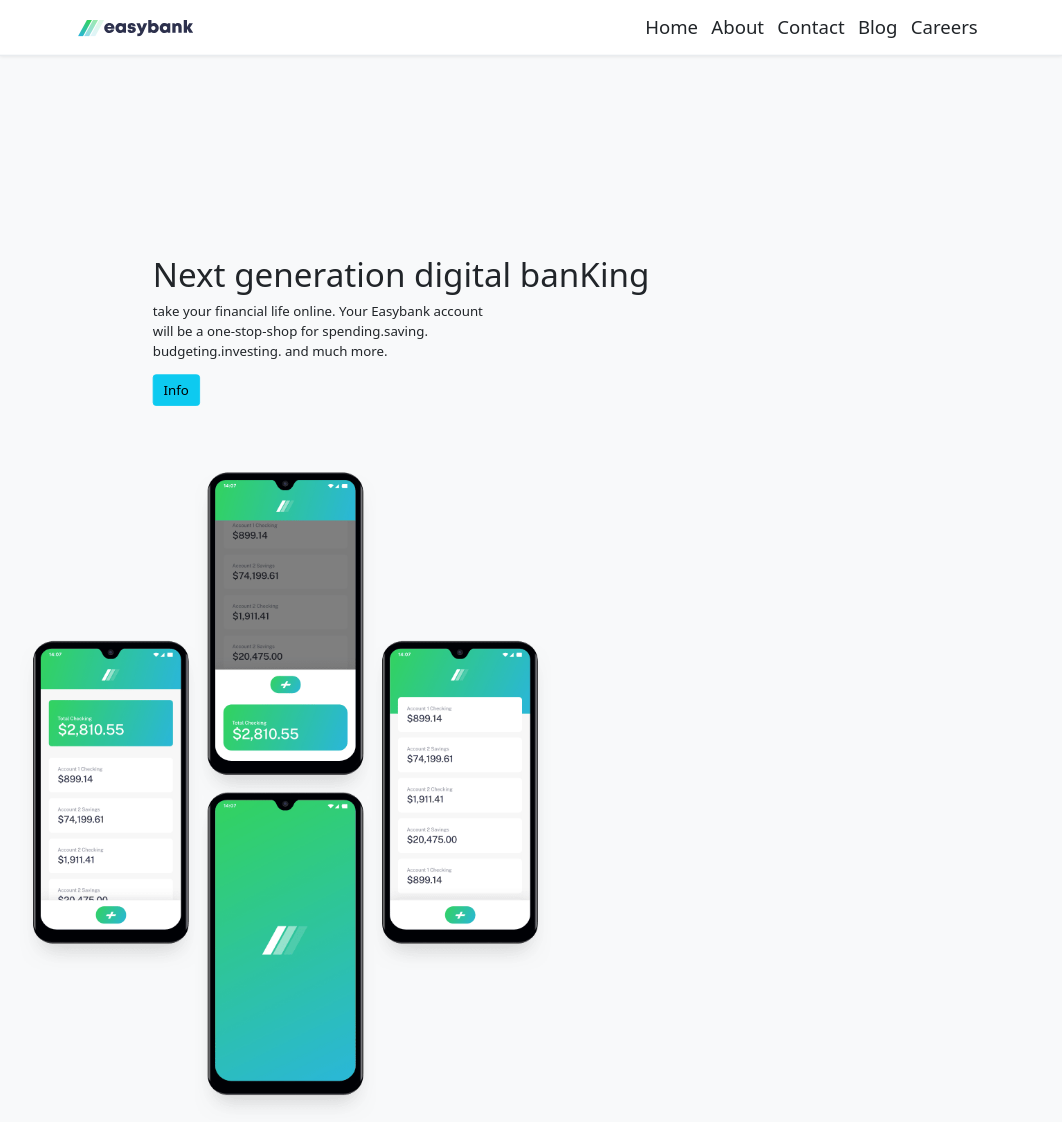
Repository: devbastos/easy-Bank
Page: / (app in frontend/)
These files come from the project's save history. The page is drawn as it stood at one moment and after a run of saves; the edit follows.
The browser window is 1280 px wide. The pictures show the whole page, at 83% of full size.
Some web libraries are served in a nearby version. The project was rebuilt for these pictures with package versions that can differ from the ones it lists, and the page was loaded fresh each time.

Above is the page before, as saved 2022-02-03 18:46:22.

### frontend/src/index.html
<!doctype html>
<html lang="en">
<head>
  <meta charset="utf-8">
  <title>Frontend</title>
  <base href="/">
  <meta name="viewport" content="width=device-width, initial-scale=1">
  <link rel="icon" type="image/x-icon" href="favicon.ico">
  <link rel="stylesheet" href="../node_modules/bootstrap/dist/css/bootstrap.css">
  <link rel="stylesheet" href="../node_modules/bootstrap-icons/font/bootstrap-icons.css">
  <!-- CSS only -->
<link href="https://cdn.jsdelivr.net/npm/bootstrap@5.1.3/dist/css/bootstrap.min.css" rel="stylesheet" integrity="sha384-1BmE4kWBq78iYhFldvKuhfTAU6auU8tT94WrHftjDbrCEXSU1oBoqyl2QvZ6jIW3" crossorigin="anonymous">
</head>
<body>
  <app-root></app-root>

  <script src="/node_modules/bootstrap/dist/js/bootstrap.bundle.js" crossorigin="anonymous"></script>
  <!-- JavaScript Bundle with Popper -->
<script src="https://cdn.jsdelivr.net/npm/bootstrap@5.1.3/dist/js/bootstrap.bundle.min.js" integrity="sha384-ka7Sk0Gln4gmtz2MlQnikT1wXgYsOg+OMhuP+IlRH9sENBO0LRn5q+8nbTov4+1p" crossorigin="anonymous"></script>
  <!-- JavaScript Bundle with Popper -->
<script src="https://cdn.jsdelivr.net/npm/bootstrap@5.1.3/dist/js/bootstrap.bundle.min.js" integrity="sha384-ka7Sk0Gln4gmtz2MlQnikT1wXgYsOg+OMhuP+IlRH9sENBO0LRn5q+8nbTov4+1p" crossorigin="anonymous"></script>
</body>
</html>

### frontend/src/app/app.module.ts
import { NgModule } from '@angular/core';
import { BrowserModule } from '@angular/platform-browser';

import { AppRoutingModule } from './app-routing.module';
import { AppComponent } from './app.component';
import { NavbarComponent } from './template/navbar/navbar.component';
import { BrowserAnimationsModule } from '@angular/platform-browser/animations';
import { HeaderComponent } from './template/header/header.component';

@NgModule({
  declarations: [
    AppComponent,
    NavbarComponent,
    HeaderComponent,

  ],
  imports: [
    BrowserModule,
    AppRoutingModule,
    BrowserAnimationsModule
  ],
  providers: [],
  bootstrap: [AppComponent]
})
export class AppModule { }

### frontend/src/app/app.component.ts
import { Component } from '@angular/core';

@Component({
  selector: 'app-root',
  templateUrl:'app.Component.html',
})
export class AppComponent {
  title = 'frontend';
}

### frontend/src/app/app.Component.html
<app-navbar></app-navbar>
<app-header></app-header>

### frontend/src/app/template/navbar/navbar.component.html


    <nav class="navbar navbar-expand-lg navbar-dark  border-bottom shadow-sm">
      <div class="container">
          <a class="navbar-brand" href=""><svg xmlns="http://www.w3.org/2000/svg" width="139" height="20"><defs><linearGradient id="a" x1="72.195%" x2="17.503%" y1="0%" y2="100%"><stop offset="0%" stop-color="#33D35E"/><stop offset="100%" stop-color="#2AB6D9"/></linearGradient></defs><g fill="none" fill-rule="evenodd"><path fill="#2D314D" fill-rule="nonzero" d="M37.754 15.847c2.852 0 5.152-1.622 5.952-4.216h-3.897c-.376.665-1.14 1.066-2.055 1.066-1.237 0-2.065-.674-2.32-1.978h8.44c.051-.352.081-.694.081-1.037 0-3.335-2.537-5.95-6.201-5.95-3.568 0-6.175 2.564-6.175 6.049 0 3.473 2.628 6.066 6.175 6.066zm2.344-7.297h-4.596c.317-1.129 1.11-1.749 2.252-1.749 1.181 0 2 .613 2.344 1.75zm10.946 7.296c1.32 0 2.5-.434 3.43-1.188l.336.804h3.027V4.093h-2.919l-.4.88c-.94-.775-2.135-1.222-3.474-1.222-3.476 0-5.961 2.505-5.961 6.026 0 3.533 2.485 6.07 5.961 6.07zm.524-3.467c-1.467 0-2.545-1.108-2.545-2.593 0-1.475 1.069-2.583 2.545-2.583 1.466 0 2.544 1.108 2.544 2.583 0 1.485-1.078 2.593-2.544 2.593zm13.123 3.467c3.02 0 5.025-1.554 5.025-3.93 0-2.883-2.387-3.256-4.183-3.575-1.08-.193-1.95-.344-1.95-.99 0-.527.422-.838 1.05-.838.71 0 1.197.337 1.197 1.063h3.667c-.044-2.303-1.92-3.843-4.816-3.843-2.912 0-4.854 1.47-4.854 3.75 0 2.757 2.337 3.289 4.1 3.574 1.092.181 1.952.368 1.952 1.024 0 .587-.543.88-1.116.88-.742 0-1.32-.383-1.32-1.214h-3.77c.036 2.463 1.919 4.1 5.018 4.1zm8.1 3.858c2.936 0 4.344-1.257 5.877-4.736l4.764-10.863h-4.206l-2.249 6.263-2.412-6.263H70.31l4.698 10.43c-.53 1.414-.983 1.804-2.48 1.804H71.45v3.365h1.341zm18.504-3.858c3.5 0 5.973-2.515 5.973-6.048S94.796 3.75 91.295 3.75a5.332 5.332 0 00-2.825.784V0H84.6v15.474h2.897l.37-.844c.923.771 2.102 1.216 3.428 1.216zm-.523-3.467c-1.467 0-2.545-1.108-2.545-2.58 0-1.486 1.078-2.594 2.545-2.594 1.466 0 2.544 1.108 2.544 2.593 0 1.473-1.087 2.58-2.544 2.58zm13.598 3.467c1.32 0 2.5-.434 3.43-1.188l.336.804h3.027V4.093h-2.918l-.401.88c-.939-.775-2.135-1.222-3.474-1.222-3.476 0-5.96 2.505-5.96 6.026 0 3.533 2.484 6.07 5.96 6.07zm.524-3.467c-1.467 0-2.545-1.108-2.545-2.593 0-1.475 1.07-2.583 2.545-2.583 1.467 0 2.545 1.108 2.545 2.583 0 1.485-1.078 2.593-2.545 2.593zm12.653 3.095V9.403c0-1.447.702-2.3 1.923-2.3.986 0 1.483.657 1.483 1.98v6.39h3.915V8.543c0-2.897-1.733-4.773-4.373-4.773-1.47 0-2.733.565-3.58 1.508l-.537-1.172h-2.747v11.369h3.916zm13.748 0v-4.808l2.848 4.808h4.616l-3.902-5.95 3.543-5.419h-4.397l-2.708 4.454V0h-3.916v15.474h3.916z"/><g fill="url(#a)"><path d="M10.802 0L0 19.704h5.986L16.789 0z"/><path opacity=".5" d="M18.171 0L7.368 19.704h5.986L24.157 0z"/><path opacity=".15" d="M25.539 0L14.737 19.704h5.986L31.525 0z"/></g></g></svg></a>
          <button class="navbar-toggler" type="button" data-bs-toggle="collapse" data-bs-target=".navbar-collapse">
            <svg xmlns="http://www.w3.org/2000/svg" width="30" height="30" fill="currentColor" class="bi bi-list" viewBox="0 0 16 16">
              <path fill-rule="evenodd" d="M2.5 12a.5.5 0 0 1 .5-.5h10a.5.5 0 0 1 0 1H3a.5.5 0 0 1-.5-.5zm0-4a.5.5 0 0 1 .5-.5h10a.5.5 0 0 1 0 1H3a.5.5 0 0 1-.5-.5zm0-4a.5.5 0 0 1 .5-.5h10a.5.5 0 0 1 0 1H3a.5.5 0 0 1-.5-.5z"/>
            </svg>
          </button>
          <div class="navbar-collapse collapse">
              <ul class="navbar-nav flex-grow-1 ">

              </ul>

              <div class="align-self-center">
                  <ul class="navbar-nav">
                    <li class="nav-item">
                      <a class="nav-link text-dark text-dark" aria-current="page" href="#">Home</a>
                    </li>
                    <li class="nav-item">
                      <a class="nav-link text-dark" href="#">About</a>
                    </li>
                    <li class="nav-item">
                      <a class="nav-link text-dark" href="#">Contact</a>
                    </li>
                    <li class="nav-item">
                      <a class="nav-link text-dark">Blog</a>
                    </li>
                    <li class="nav-item">
                        <a class="nav-link text-dark">Careers</a>
                      </li>
                  </ul>
              </div>

              <!-- <div class="align-self-end">
                <ul class="navbar-nav">
                  <li class="nav-item" id="btn">
                      <a class="nav-link" href="">Request Invite</a>
                  </li>
              </ul>
              </div> -->
          </div>
      </div>
  </nav>

### frontend/src/app/template/navbar/navbar.component.css
.navbar-toggler {
  color: black;
  margin-right: 1.5rem;
}

.nav-link {
  font-size: 1.4rem;
}

.nav-item :hover {
  text-decoration: overline 3px #31d35c9c;
  transform: scale(1, 1);
  transition: 0.3s ease;
}
/*
#btn {
  background: 50% rgb(45, 49, 77);
  background: 50%
    linear-gradient(
      90deg,
      rgba(45, 49, 77, 0.719) 24%,
      #31d35c9c 51%,
      rgba(43, 183, 218, 0.664) 100%
    );
  color: #fff;
  border-radius: 10rem;
  margin-left: 5rem;
} */

### frontend/src/app/template/header/header.component.html
<div class="container-fluid bg-light">
    <div class="row">
        <div class="col-6 textos">
            <h1>Next generation digital banKing</h1>

            <p>take your financial life online. Your Easybank account <br>
                will be a one-stop-shop for spending.saving.<br>
                budgeting.investing. and much more.
            </p>

            <button type="button" class="btn btn-info">Info</button>
        </div>

        <div class="col">
            <img src="/assets/images/image-mockups.png" alt="">
        </div>
    </div>
</div>

### frontend/src/app/template/header/header.component.css
img {
  max-width: 40rem;
  margin-top: 5rem;
}

.textos {
  margin-top: 15rem;
  margin-left: 10rem;
}

Loaded but not shown: frontend/src/main.ts (common file); frontend/src/environments/environment.ts (common file); frontend/src/app/app-routing.module.ts (common file); frontend/src/app/template/navbar/navbar.component.ts (common file); frontend/src/app/template/header/header.component.ts (common file)

After the next 2 saves:
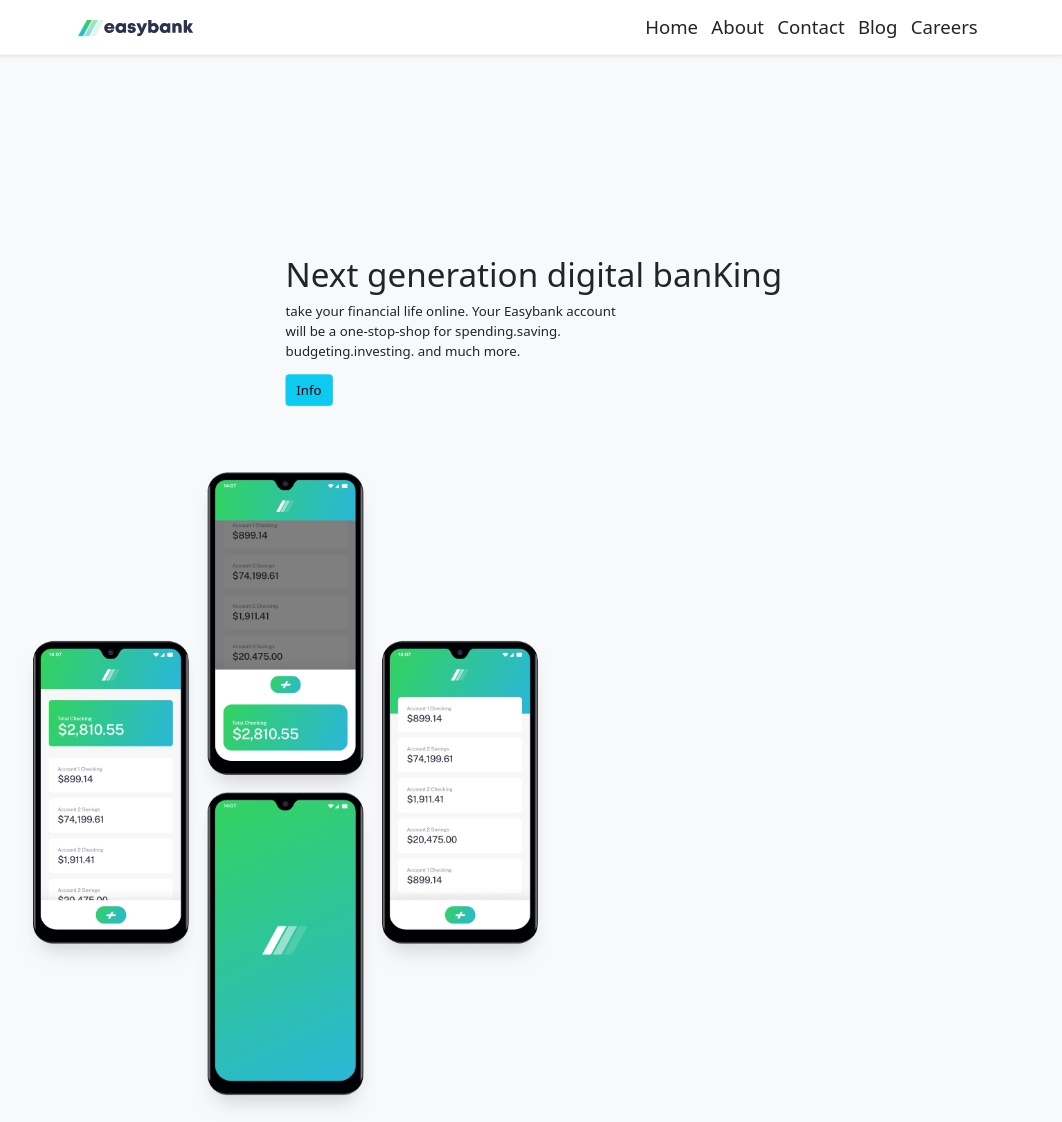
The 2 saves are shown as one change because they came seconds apart.
The last was saved 7 s later.
--- a/frontend/src/app/template/header/header.component.css
+++ b/frontend/src/app/template/header/header.component.css
@@ -5,5 +5,5 @@
 
 .textos {
   margin-top: 15rem;
-  margin-left: 10rem;
+  margin-left: 20rem;
 }
